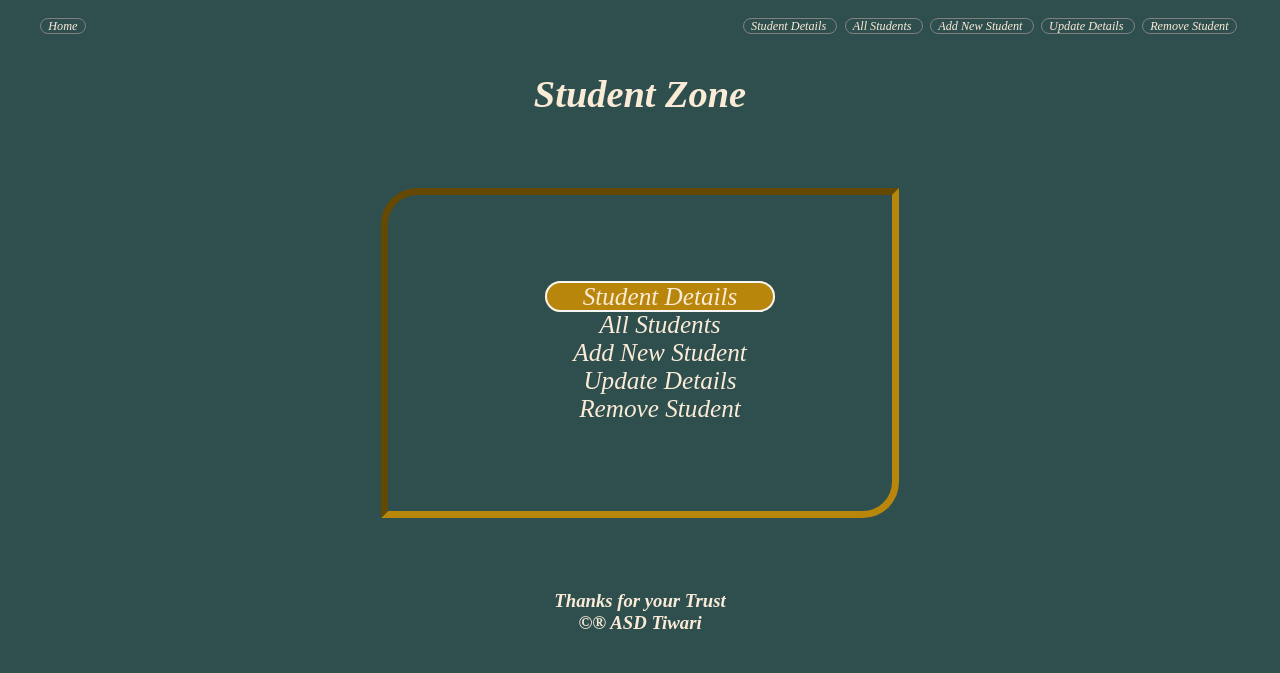
Repository: asdtiwari/Practice
Page: http://localhost/index
The author's editor kept a copy of each file at every save. The page is drawn from the files as they stood at one save, then again after the next save.
The browser window is 1280 px wide. The pictures show the whole page.
The pointer rests on the first visible `.menu`.
The page is this project's Thymeleaf template; nobody is signed in. The template is opened directly, without the code that normally fills it, so the values that code supplies are empty.

Above is the page before, as saved 2023-11-17 12:15:50.

After the next save:
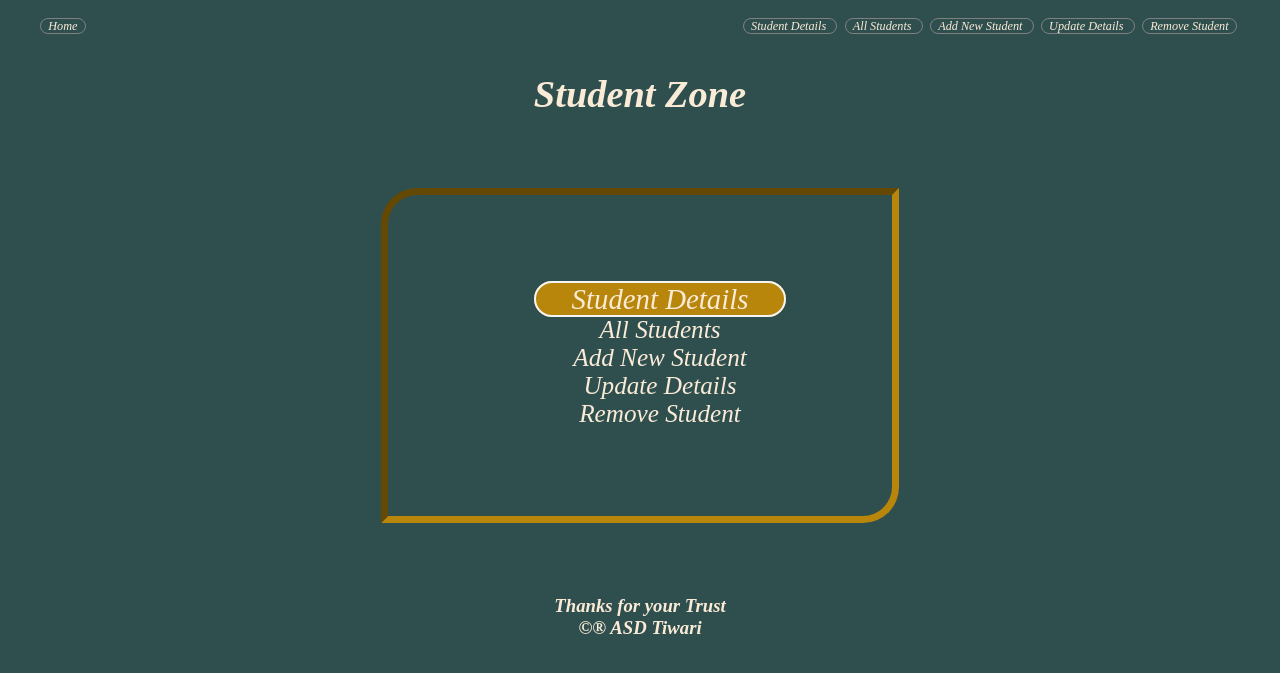
Saved 2 min 13 s later.
--- a/DiwaliProjectSTS/studentZone/src/main/resources/templates/index.html
+++ b/DiwaliProjectSTS/studentZone/src/main/resources/templates/index.html
@@ -91,6 +91,7 @@
                 width: 50%;
                 padding-left: 5vh;
                 padding-right: 5vh;
+                font-size: 4vh;
             }
 
             .footer{
